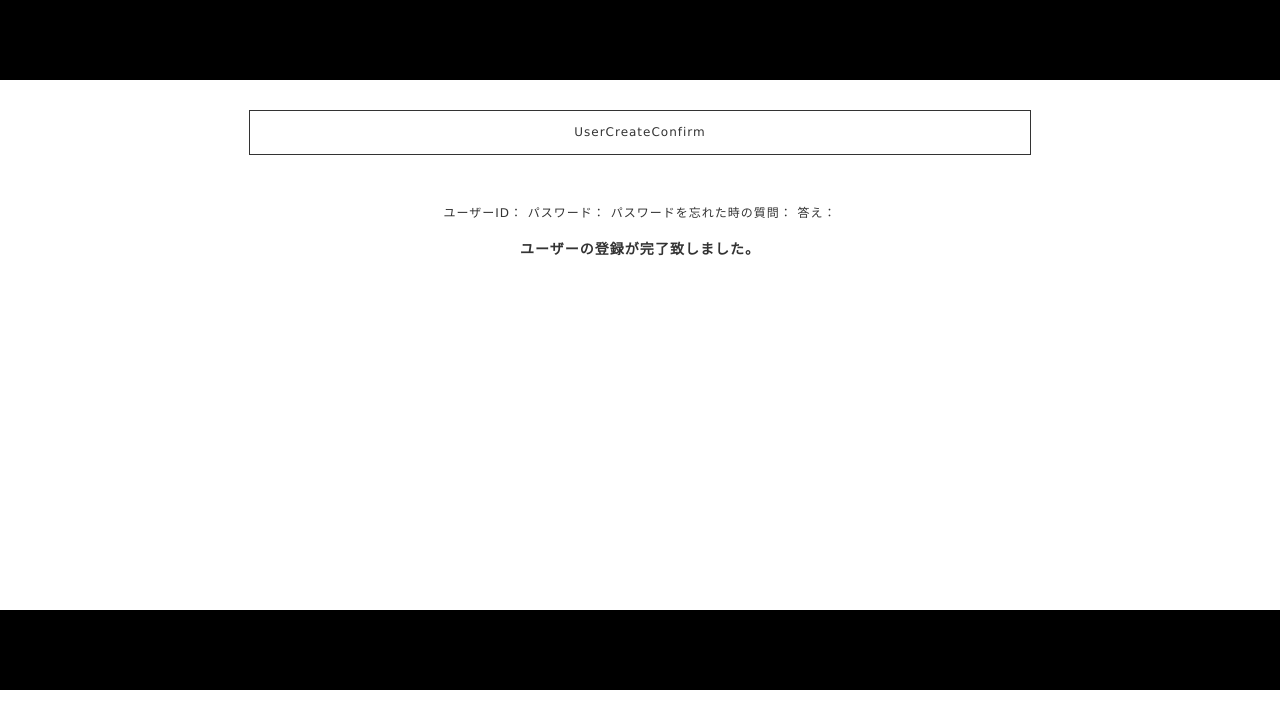
Repository: y321sudo/test2
Page: http://localhost/Yukazon/userCreateComplete.jsp
These files come from the project's save history. The page is drawn as it stood at one moment and after the next save; the edit follows.
The browser window is 1280 px wide. The pictures show the whole page.
The page is served by Tomcat 9. Other server files are loaded and not shown.

Above is the page before, as saved 2018-02-21 07:46:00.

### Yukazon/WebContent/userCreateComplete.jsp
<%@ page language="java" contentType="text/html; charset=UTF-8" pageEncoding="UTF-8"%>
<%@ taglib prefix="s" uri="/struts-tags"%>

<!DOCTYPE html>
<html>
<head>
	<meta charset="utf-8">
	<meta http-equiv="Content-Type" content="text/html; charset=utf-8" />
	<meta http-equiv="Content-Style-Type" content="text/css" />
	<meta http-equiv="Content-Script-Type" content="text/javascript" />
	<meta http-equiv="imagetoolbar" content="no" />
	<meta name="description" content="" />
	<meta name="keywords" content="" />
	<meta charset="utf-8">
	<title>新規ユーザー登録完了画面</title>
	<style type="text/css">
		/* ========TAG LAYOUT======== */
		body {
		   margin:0;
		   padding:0;
		   line-height:1.6;
		   letter-spacing:1px;
		   font-family:Verdana, Helvetica, sans-serif;
		   font-size:12px;
		   color:#333;
		   background:#fff;
		}

		table {
			text-align:center;
			margin:0 auto;
		}

		/* ========ID LAYOUT======== */
		#top {
		   width:780px;
		   margin:30px auto;
		   border:1px solid #333;
		}

		#header {
		   width: 100%;
		   height: 80px;
		   background-color: black;
		}

		#main {
		   width: 100%;
		   height: 500px;
		   text-align: center;
		}
		#box {
			border: 1px solid #000000;
		}

		#footer {
			width: 100%;
			height: 80px;
			background-color: black;
			clear:both;
		}
	</style>
</head>
<body>
	<div id="header">
	 	<div id="pr">
		</div>
	</div>
	<div id="main">
		<div id="top">
			<p>UserCreateConfirm</p>
		</div>
		<div><br>
		<tr id="box">
						<td>
							<label>ユーザーID：</label>
						</td>
						<td>
							<s:property value="loginUserId" escape="false" />
						</td>
					</tr>
					<tr id="box">
						<td>
							<label>パスワード：</label>
						</td>
						<td>
							<s:property value="loginPassword" escape="false" />
						</td>
					</tr>
					<tr id="box">
						<td>
							<label>パスワードを忘れた時の質問：</label>
						</td>
						<td>
							<s:property value="secretQuestion" escape="false" />
						</td>
					</tr>
					<tr id="box">
						<td>
							<label>答え：</label>
						</td>
						<td>
							<s:property value="secretAnswer" escape="false" />
						</td>
					</tr>
			<h3>ユーザーの登録が完了致しました。</h3>


		</div>
	</div>
	<div id="footer">
	 	<div id="pr">
		</div>
	</div>
</body>
</html>

After the next save:
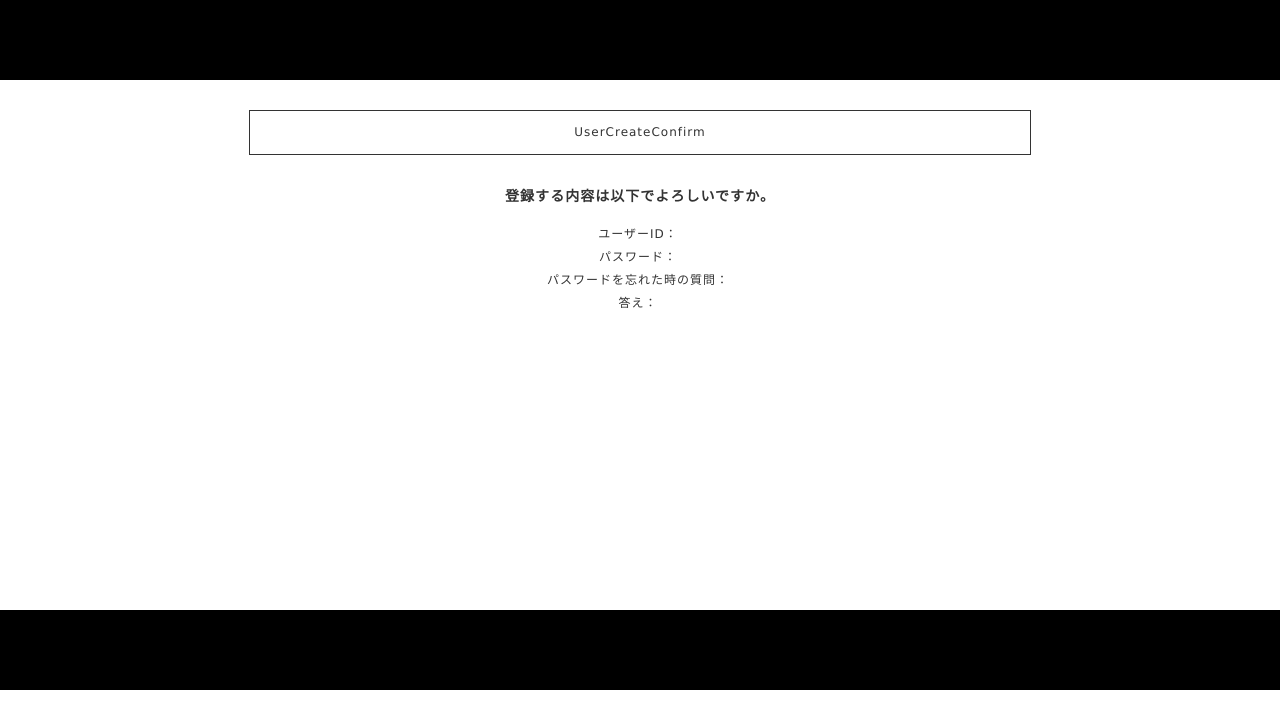
Saved 94 s later.
--- a/Yukazon/WebContent/userCreateComplete.jsp
+++ b/Yukazon/WebContent/userCreateComplete.jsp
@@ -70,8 +70,10 @@
 		<div id="top">
 			<p>UserCreateConfirm</p>
 		</div>
-		<div><br>
-		<tr id="box">
+<div>
+			<h3>登録する内容は以下でよろしいですか。</h3>
+			<table>
+					<tr id="box">
 						<td>
 							<label>ユーザーID：</label>
 						</td>
@@ -103,9 +105,7 @@
 							<s:property value="secretAnswer" escape="false" />
 						</td>
 					</tr>
-			<h3>ユーザーの登録が完了致しました。</h3>
-
-
+			</table>
 		</div>
 	</div>
 	<div id="footer">
